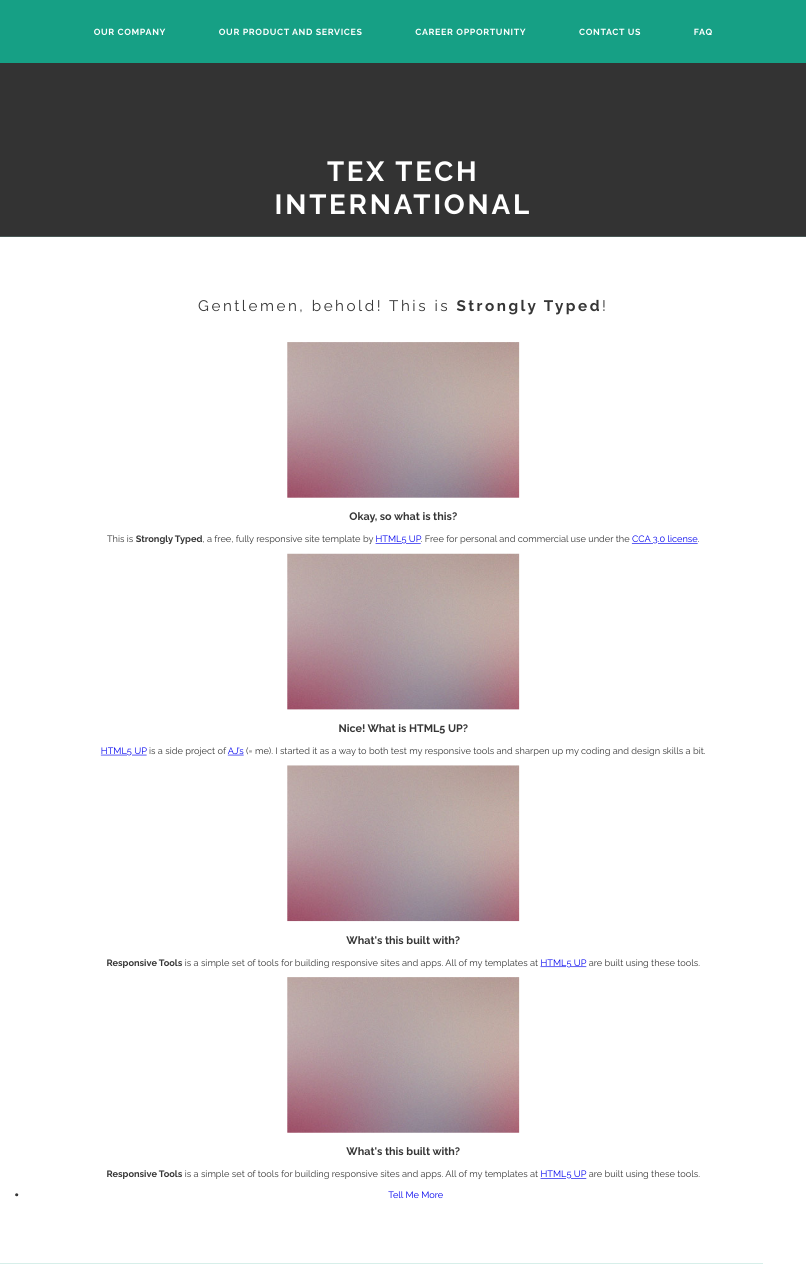
Repository: asifdotpy/demo_webpage
Page: contact_us.html
The author's editor kept a copy of each file at every save. The page is drawn from the files as they stood at one save, then again after a run of saves.
The browser window is 1280 px wide. The pictures show the whole page, at 63% of full size.

Above is the page before, as saved 2021-01-26 01:09:38.

### contact_us.html
<!DOCTYPE html>
<html lang="en">
    <head>
        <meta http-equiv="Content-Type" content="text/html; charset=utf-8">
        <title>Tex Tech International</title>
        <meta name="keywords" content="">
        <meta name="description" content="">
        <link href="http://fonts.googleapis.com/css?family=Raleway:400,200,500,600,700,800,300" rel="stylesheet">
        <link href="css/contact_us.css" rel="stylesheet" type="text/css" media="all">
        <link href="fonts.css" rel="stylesheet" type="text/css" media="all">
    </head>
    <body>
        <div id="menu" class="container">
			<ul>
				<li><a href="index.html"><b>Our company</b></a></li>
				<li><a href="our_product_and_services.html"><b>Our product and services</b></a></li>
				<li><a href="career_opportunity.html"><b>Career opportunity</b></a></li>
				<li><a href="contact_us.html"><b>Contact us</b></a></li>
				<li><a href="faq.html"><b>FAQ</b></a></li>
			</ul>
        </div>
        <div id="header-wrapper">
            <div id="header" class="container">
                <div id="logo">
                    <h1><a href="#">Tex Tech International</a></h1>
                    <p>꧁ 𝗦𝗵𝗮𝗿𝗲 𝗘𝗳𝗳𝗼𝗿𝘁, 𝗘𝗮𝗿𝗻 𝗛𝗮𝗽𝗽𝗶𝗻𝗲𝘀𝘀 ꧂</p>
                </div>
            </div>
        </div>
        <section id="features">
            <div class="container">
                <header>
                    <h2>Gentlemen, behold! This is <strong>Strongly Typed</strong>!</h2>
                </header>
                <div class="row aln-center">
                    <div class="col-4 col-6-medium col-12-small">

                        <!-- Feature -->
                            <section>
                                <a href="#" class="image featured"><img src="images/pic02.jpg" alt=""></a>
                                <header>
                                    <h3>Okay, so what is this?</h3>
                                </header>
                                <p>This is <strong>Strongly Typed</strong>, a free, fully responsive site template
                                by <a href="http://html5up.net">HTML5 UP</a>. Free for personal and commercial use under the
                                <a href="http://html5up.net/license">CCA 3.0 license</a>.</p>
                            </section>

                    </div>
                    <div class="col-4 col-6-medium col-12-small">

                        <!-- Feature -->
                            <section>
                                <a href="#" class="image featured"><img src="images/pic02.jpg" alt=""></a>
                                <header>
                                    <h3>Nice! What is HTML5 UP?</h3>
                                </header>
                                <p><a href="http://html5up.net">HTML5 UP</a> is a side project of <a href="http://twitter.com/ajlkn">AJ’s</a> (= me).
                                I started it as a way to both test my responsive tools and sharpen up my coding
                                and design skills a bit.</p>
                            </section>

                    </div>
                    <div class="col-4 col-6-medium col-12-small">

                        <!-- Feature -->
                            <section>
                                <a href="#" class="image featured"><img src="images/pic02.jpg" alt=""></a>
                                <header>
                                    <h3>What's this built with?</h3>
                                </header>
                                <p><strong>Responsive Tools</strong> is a simple set of tools for building responsive
                                sites and apps. All of my templates at <a href="http://html5up.net">HTML5 UP</a> are built using these tools.</p>
                            </section>

                    </div>
                    <div class="col-4 col-6-medium col-12-small">

                        <!-- Feature -->
                            <section>
                                <a href="#" class="image featured"><img src="images/pic02.jpg" alt=""></a>
                                <header>
                                    <h3>What's this built with?</h3>
                                </header>
                                <p><strong>Responsive Tools</strong> is a simple set of tools for building responsive
                                sites and apps. All of my templates at <a href="http://html5up.net">HTML5 UP</a> are built using these tools.</p>
                            </section>

                    </div>

                    <div class="col-12">
                        <ul class="actions">
                            <li><a href="#" class="button icon solid fa-file">Tell Me More</a></li>
                        </ul>
                    </div>
                </div>
            </div>
        </section>
    </body>
</html>

### css/contact_us.css
html, body {
	height: 100%;
}

body {
	margin: 0px;
	padding: 0px;
	background: #16a085;
	font-family: 'Raleway', sans-serif;
	font-size: 11pt;
	font-weight: 400;
	color: #363636;
}





/** MENU */

#menu {
	overflow: hidden;
	height: 100px;
}

#menu ul {
	margin: 0;
	padding: 0px 0px 0px 0px;
	list-style: none;
	line-height: normal;
	text-align: center;
}

#menu li {
	display: inline-block;
	font-size: 1.2em;
}

#menu a {
	display: block;
	letter-spacing: 1px;
	padding: 0px 40px;
	text-decoration: none;
	text-align: center;
	text-transform: uppercase;
	font-size: 0.80em;
	line-height: 100px;
	border: none;
	color: #FFF;
}

#menu a:hover, #menu .current_page_item a {
	text-decoration: none;
}

#menu a:hover, .current_page_item a {
	background: #1abc9c;
}




/*********************************************************************************/
/* Wrappers                                                                      */
/*********************************************************************************/

#header-wrapper
{
	overflow: hidden;
	background: url(images/bg01.png) repeat;
	background-size: 100%;
	padding: 6em 0em 2em 0em;
	background: #333333;
}


/*********************************************************************************/
/* Header                                                                        */
/*********************************************************************************/

	#header
	{
		position: relative;
		overflow: hidden;
		text-align: center;
	}

/*********************************************************************************/
/* Logo                                                                          */
/*********************************************************************************/

	#logo
	{
		width: 500px;
		height: 100px;
		margin: 0 auto;
		padding: 2em 0em;
		text-transform: uppercase;
	}

	#logo h1
	{
		letter-spacing: 0.10em;
		font-size: 3em;
	}

	#logo p
	{
		letter-spacing: 0.10em;
		color: #FFF;
	}

	#logo a
	{
		text-decoration: none;
		color: #FFF;
	}


#features {
		position: relative;
		overflow: hidden;
		background: #fff;
		text-align: center;
		padding: 6em 0;
}

#page-wrapper > section {
    margin-bottom: 0;
}

/* Container

.container {
	margin: 0 auto;
	max-width: 100%;
	width: 70em;
}

*/


	h2 {
		font-size: 1.65em;
		font-weight: 400;
		letter-spacing: 4px;
		margin: 0 0 1.5em 0;
		line-height: 1.75em;
	}
	.row.aln-center {
		justify-content: center;
	}

Loaded but not shown: fonts.css (378 lines, source omitted)

After the next 2 saves:
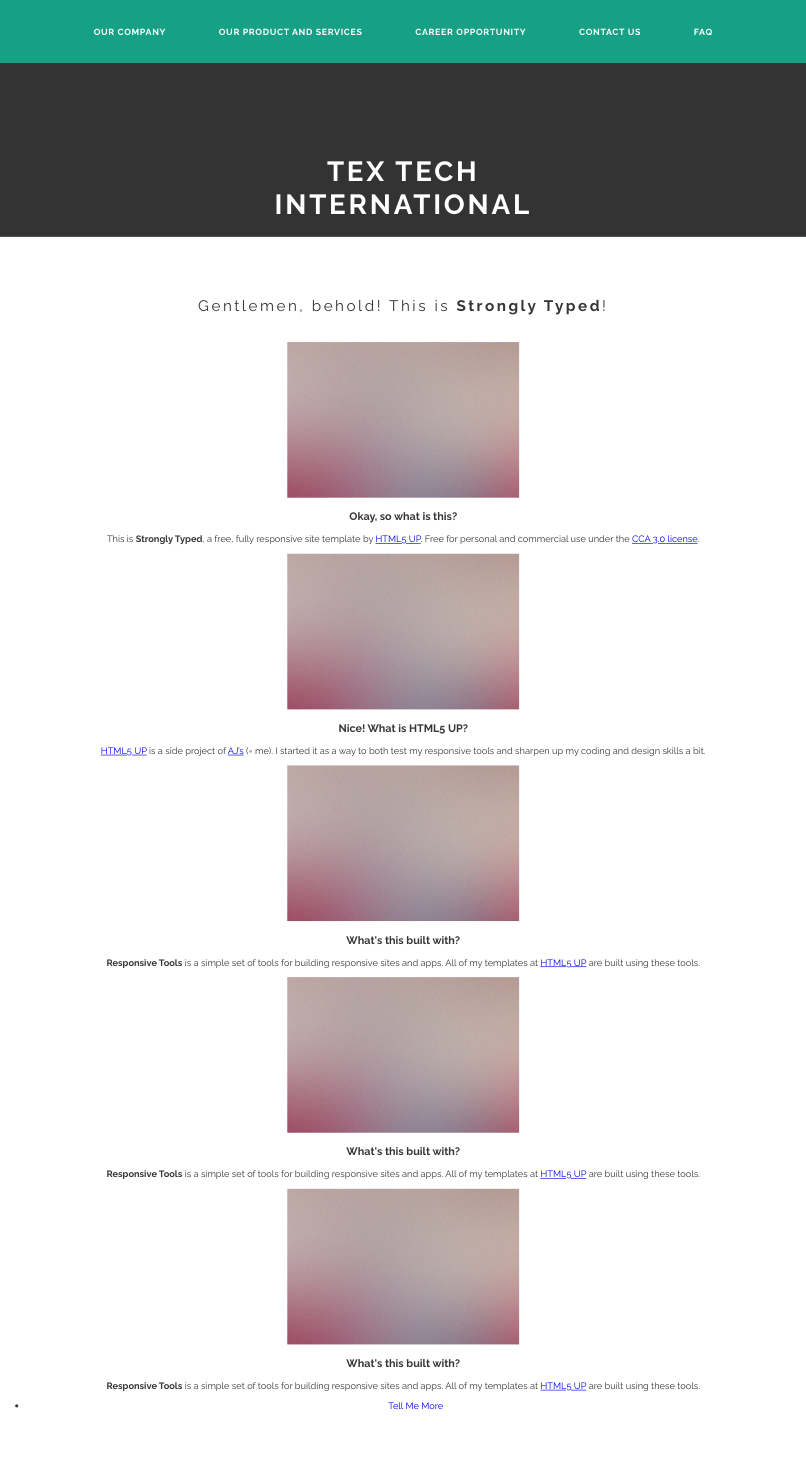
The 2 saves are shown as one change because they came seconds apart.
The last was saved 2 min 32 s later.
--- a/contact_us.html
+++ b/contact_us.html
@@ -87,6 +87,19 @@
                             </section>
 
                     </div>
+                    <div class="col-4 col-6-medium col-12-small">
+
+                        <!-- Feature -->
+                            <section>
+                                <a href="#" class="image featured"><img src="images/pic02.jpg" alt=""></a>
+                                <header>
+                                    <h3>What's this built with?</h3>
+                                </header>
+                                <p><strong>Responsive Tools</strong> is a simple set of tools for building responsive
+                                sites and apps. All of my templates at <a href="http://html5up.net">HTML5 UP</a> are built using these tools.</p>
+                            </section>
+
+                    </div>
 
                     <div class="col-12">
                         <ul class="actions">
